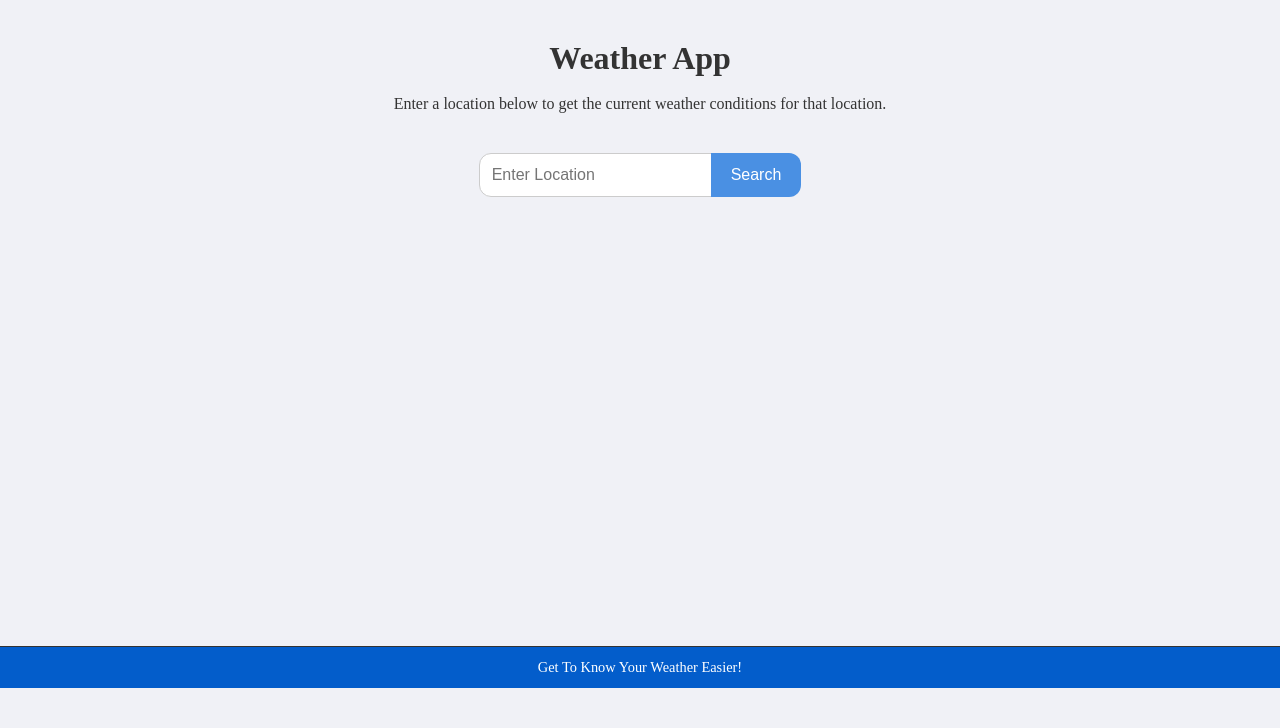
Repository: AlaaYou/Weather-App
Page: index.html
An editor plug-in stored every save of this project. The page is shown before and after the next save, followed by the edit.
The browser window is 1280 px wide. The pictures show the whole page.

Above is the page before, as saved 2024-10-20 23:56:15.

### index.html

<!DOCTYPE html>
<html lang="en">
  <head>
    <meta charset="UTF-8" />
    <meta name="viewport" content="width=device-width, initial-scale=1.0" />
    <link rel="stylesheet" href="styles.css" />
    <title>Weather App</title>
  </head>
  <body>
    <header>
      <h1>Weather App</h1><br>
      <p>
        Enter a location below to get the current weather conditions for that
        location.
      </p>
    </header>
    <!-- main content -->
    <main>
      <section class="search-box">
        <input type="text" id="location-input" placeholder="Enter Location" />

        <button id="search-button">Search</button>
      </section>
      <div id="loading" style="display: none">Loading...</div>
      <div id="error" style="display: none">Error loading weather data</div>
      <!-- weather content -->
      <section
        class="weather-display"
        id="weather-display"
        style="display: none"
      >
        <div class="temp-display"><span id="temperature">--</span> °C</div>
        <div class="condition-display">
          <span id="condition">--</span>
        </div>

        <!-- condition info -->
        <div class="condition-info">
          <span id="wind-speed">Wind Speed: --</span>
          <span id="humidity">Humidity: --</span>
        </div>
      </section>
    </main>
    <!-- footer -->
    <footer>
      <p>Get To Know Your Weather Easier!</p>
    </footer>
    <script src="script.js"></script>
  </body>
</html>

### styles.css
body,
h1,
p {
  margin: 0;
  padding: 0;
}

body {
  display: flex;
  flex-direction: column;
  min-height: 90vh;
  background-color: #f0f1f6;
  padding: 40px 0;
  color: #333;
}

main {
  flex-grow: 1;
}

header {
  text-align: center;
  margin-bottom: 20px;
}

.search-box {
  display: flex;
  justify-content: center;
  align-items: center;
  margin: 20px 0;
}

input[type="text"] {
  padding: 12px;
  border: 1px solid #ccc;
  border-radius: 12px 0 0 12px;
  font-size: 1em;
  width: auto;
  margin-right: -1px;
}
button {
  background-color: #4a90e3;
  color: #ffff;
  border: none;
  border-radius: 0 12px 12px 0;
  padding: 13px 20px;
  cursor: pointer;
  font-size: 1em;
  transition: background-color 0.3s ease;
}

button:hover {
  background-color: #035dcb;
}

/* Weather content */
.weather-display {
  text-align: center;
  padding: 20px;
}

.temp-display,
.condition-display {
  font-size: 2.5em;
  margin-bottom: 10px;
}

.condition-info span {
  margin-right: 15px;
  font-size: 1.2em;
}

#loading,
#error {
  text-align: center;
  font-size: 1.2em;
  margin-top: 20px;
}
#loading {
  color: #4a90e3;
}
#error {
  color: red;
}
footer {
  text-align: center;
  background-color: #035dcb;
  color: #ffff;
  padding: 12px 0;
  border-top: 1px solid #333;
  font-size: 0.9em;
}

### script.js
async function fetchWeather(location) {
  //api
  const apiKey = "094b545dde613af5667ba10639a224f8";
  const url = `http://api.openweathermap.org/data/2.5/weather?q=${location}&appid=${apiKey}&units=metric`;
  const response = await fetch(url);

  if (response.ok) {
    const data = await response.json();
    return data;
  } else {
    throw new Error("Failed to fetch weather data");
  }
}
//Display the weather
function dispplayWeather(data) {
  console.log(data);
  //select the  DOM
  const weatherDisplay = document.getElementById("weather-display");
  const temperature = document.getElementById("temperature");
  const condition = document.getElementById("condition");
  const windSpeed = document.getElementById("wind-speed");
  const humidity = document.getElementById("humidity");

  temperature.textContent = data.main.temp;
  condition.textContent = data.weather[0].main;
  windSpeed.textContent = `Wind Speed: ${data.wind.speed}m/s`;
  humidity.textContent = `Humidity: ${data.main.humidity}%`;
  weatherDisplay.style.display = "block";
}

function toggleElementVisibility(id, show) {
  const element = document.getElementById(id);
  element.style.display = show ? "block" : "none";
}
//DOM content Loaded
document.addEventListener("DOMContentLoaded", () => {
  const searchButton = document.getElementById("search-button");
  const locationInput = document.getElementById("location-input");
  searchButton.addEventListener("click", async () => {
    toggleElementVisibility("loading", true);
    toggleElementVisibility("error", false);

    const location = locationInput.value;

    try {
      const weatherData = await fetchWeather(location);
      toggleElementVisibility("loading", false);
      dispplayWeather(weatherData);
      console.log(weatherData);
    } catch (error) {
      toggleElementVisibility("error", true);
      toggleElementVisibility("loading", false);
    }
  });
});

After the next save:
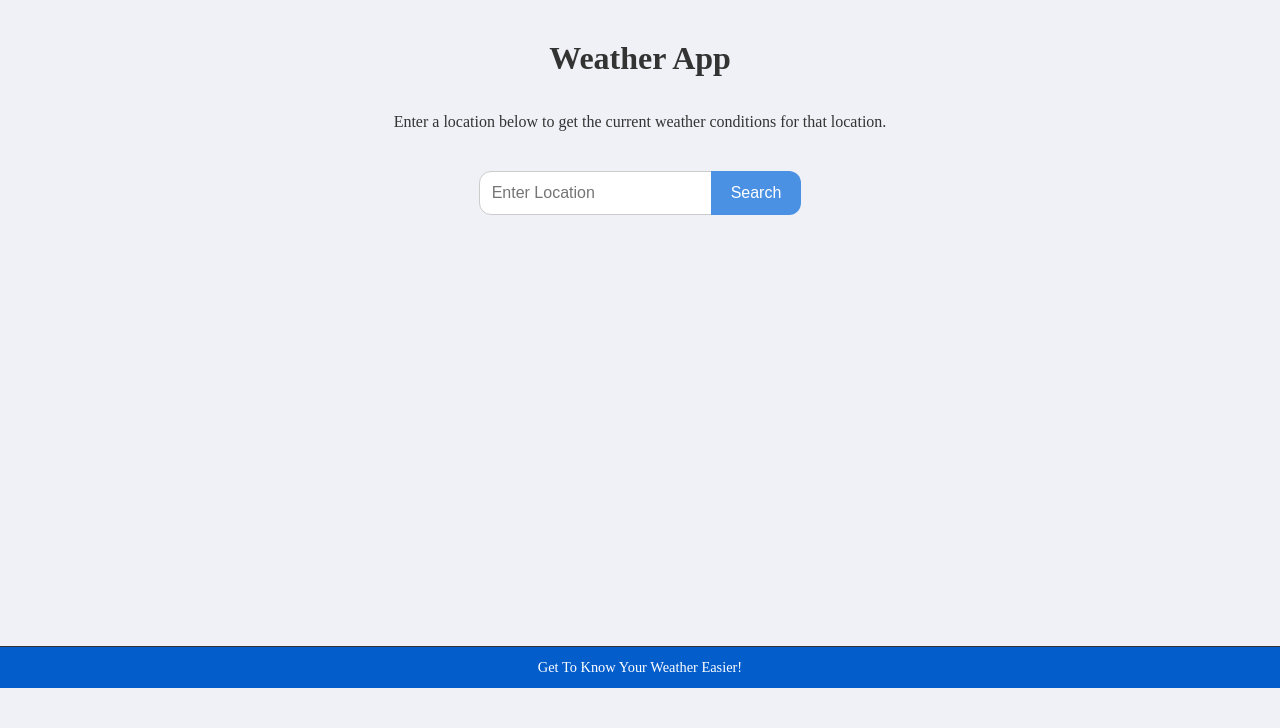
Saved 22 s later.
--- a/index.html
+++ b/index.html
@@ -9,7 +9,7 @@
   </head>
   <body>
     <header>
-      <h1>Weather App</h1><br>
+      <h1>Weather App</h1><br><br>
       <p>
         Enter a location below to get the current weather conditions for that
         location.
